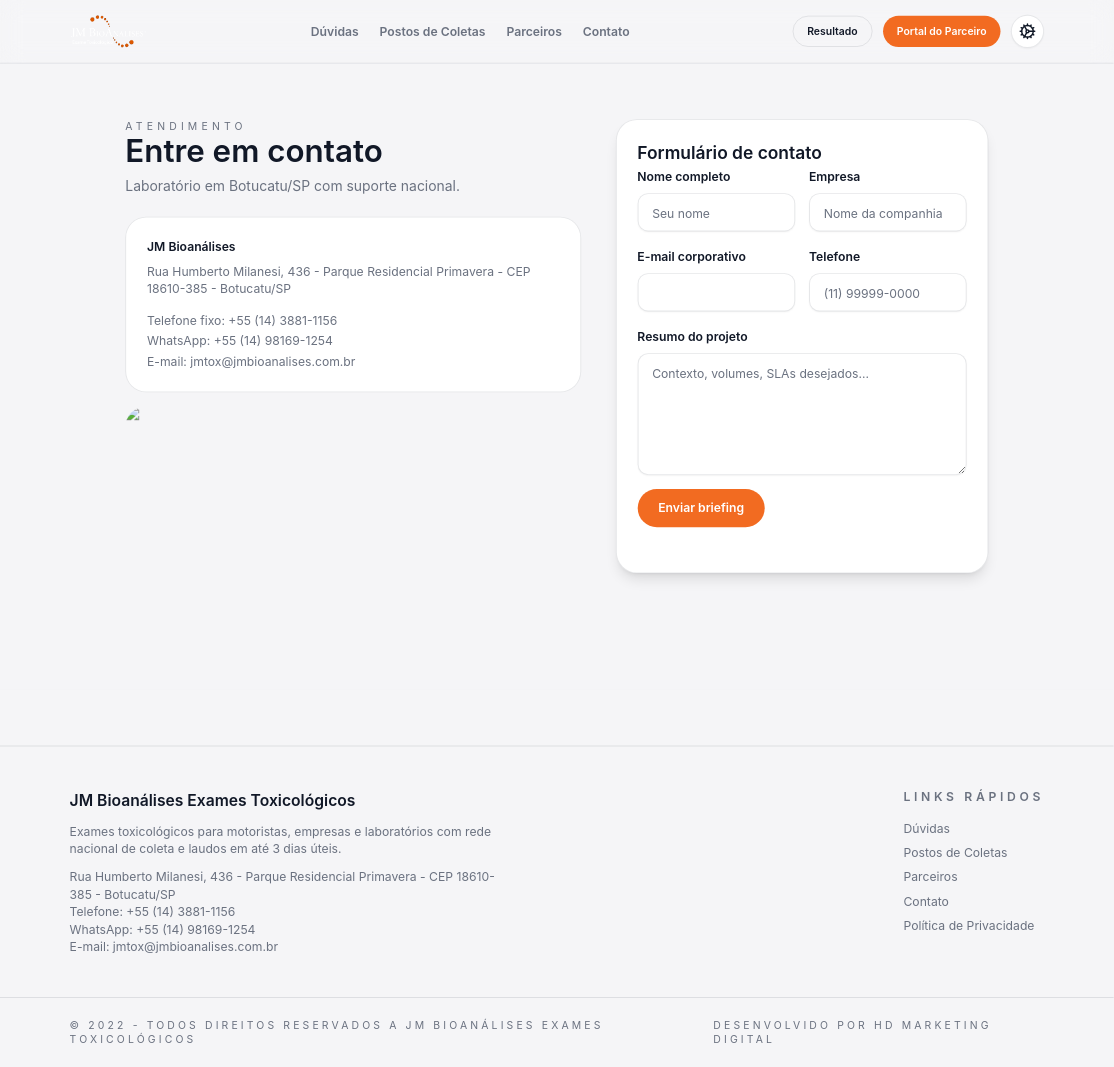
Repository: 1xLab/cat1
Page: /contato
An editor plug-in stored every save of this project. The page is shown before and after the next save, followed by the edit.
The browser window is 1280 px wide. The pictures show the whole page, at 87% of full size.
The page's requests for data from a server got no answer. The project was rebuilt for these pictures with package versions that can differ from the ones it lists, and the page was loaded fresh each time. The framework's server and built-in components were replaced by stand-ins that run in the browser. No one was signed in, and anything a server would have sent is missing. Also part of the build but not shown: next.config.ts.

Above is the page before, as saved 2025-11-19 21:48:23.

After the next save:
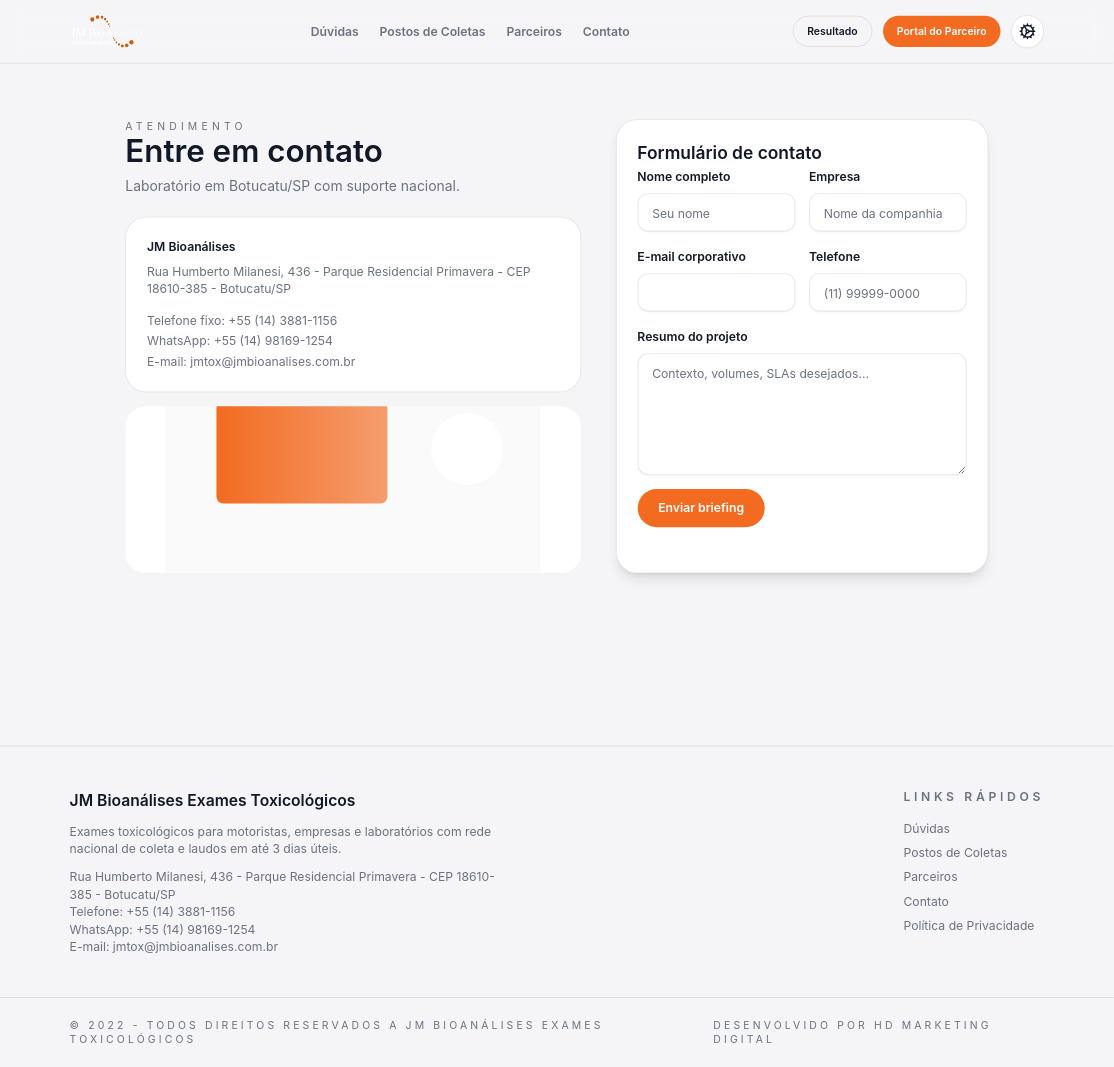
Saved 7 s later.
--- a/src/app/contato/page.tsx
+++ b/src/app/contato/page.tsx
@@ -13,7 +13,7 @@ export const metadata: Metadata = {
   title: "Contato | JM Tox",
 };
 
-const illustration = "/imagens/illustration-contato.svg";
+const illustration = "/imagens/illustration-contato-clean.svg";
 
 export default function ContatoPage() {
   return (
